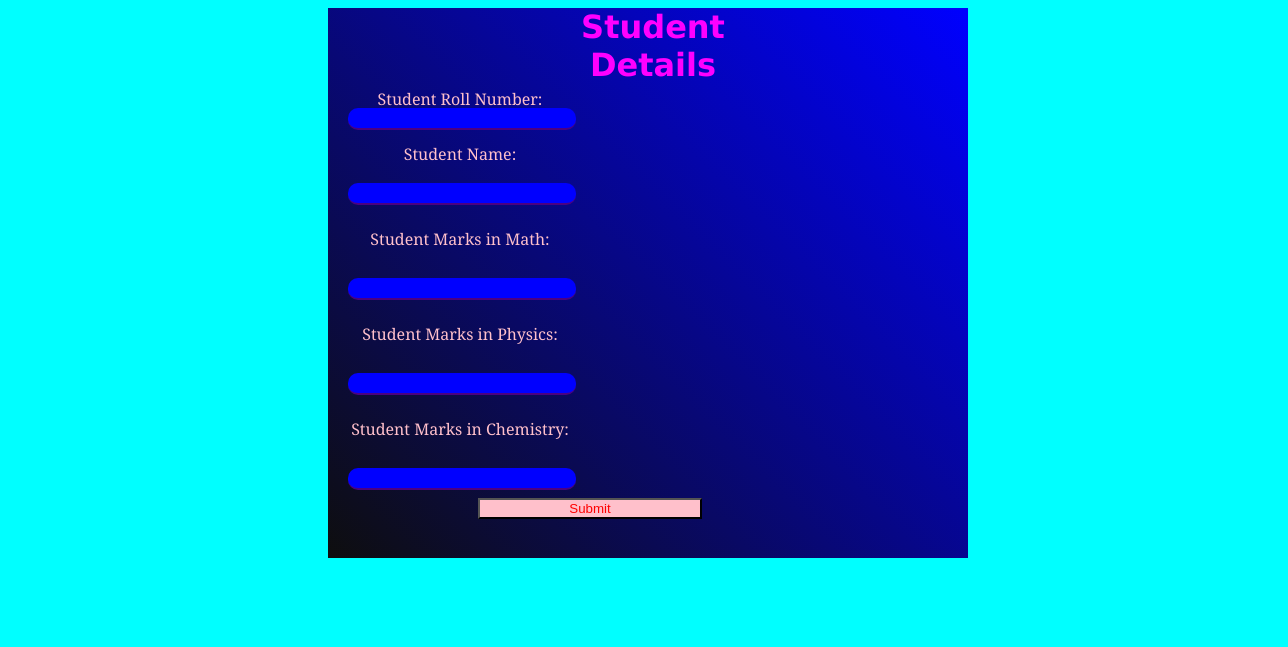
Repository: prm2711/javaapps
Page: eclipse-workspace/FirstProject/WebContent/index.html
These files come from the project's save history. The page is drawn as it stood at one moment and after a run of saves; the edit follows.
The browser window is 1280 px wide. The page is 1288 px wide, so the pictures cover 1288 px, including what lies to the right of the window. The pictures show the whole page.

Above is the page before, as saved 2018-01-19 11:13:05.

### eclipse-workspace/FirstProject/WebContent/index.html
<!DOCTYPE html>
<html>
<head>
<meta charset="ISO-8859-1">
<title>Student form</title>
<link rel="stylesheet" type="text/css" href="css/format.css">
<meta name="viewport" content="width=device-width, initial-scale=1.0">
</head>
<body>
		<div class="top_container"></div>
		<div class="small_container1"></div>
		<div class="small_container2"></div>
		<div class="small_container3"></div>
		<div class="small_container4"></div>

		<div align="center" class="inner_container">
			<form method="post" action="InsertServlet"
				onsubmit="return validateForm()">

				<h1 class="heading">Student Details</h1>
				<p class="label1">Student Roll Number:</p>
				<br> <input class="text-box1" type="text" name="roll_no"
					id="roll_no"><br> <br>
				<p class="label2">Student Name:</p>
				<br> <input class="text-box2" type="text" name="student_name"
					id="student_name"><br> <br>
				<p class="label3">Student Marks in Math:</p>
				<br> <input class="text-box3" type="text" name="marks"
					id="marks"><br> <br>
				<p class="label4">Student Marks in Physics:</p>
				<br> <input class="text-box4" type="text" name="marksphy"
					id="marksphy"><br> <br>
				<p class="label5">Student Marks in Chemistry:</p>
				<br> <input class="text-box5" type="text" name="markschem"
					id="markschem"><br> <br>
					<input class="submitButton" type="submit" value="Submit">

			</form>
		</div>
		<div class="bottom_container"></div>

	<script src="js/insertdata.js"></script>
</body>
</html>

### eclipse-workspace/FirstProject/WebContent/css/format.css
body {
	background-color: cyan;
	width: 100%;
}

.inner_container {
	background-color: blue;
	background: linear-gradient(45deg, #0e0e0e, blue);
	position: relative;
	/*top: 50px;
	left: 350px;*/
	height: 550px;
	z-index: 2;
	margin: 0 auto;
	width: 50%;
}

.heading {
	color: magenta;
	font-family: Verdana, Geneva, sans-serif;
	padding-left: 10px;
}

form,.heading {
	width: 50%;
	margin: 0 auto;
}

.text-box1, .text-box2, .text-box3, .text-box4, .text-box5 {
	position: absolute;
	left: 20px;
	border: 0px;
	border-bottom: 2px indigo solid;
	border-radius: 10px;
	background: blue;
	color: white;
	font-family: Georgia;
}

.text-box1 {
	top: 100px;
}

.label2, .label3, .label4, .label5,.label1 {
	position: absolute;
	left: 20px;
	color: pink;
	font-family: Georgia;
}

.label1 {
	top: 80px;
}

.label2 {
	top: 135px;
}

.text-box2 {
	top: 175px;
}

.label3 {
	top: 220px;
}

.text-box3 {
	top: 270px;
}

.label4 {
	top: 315px;
}

.text-box4 {
	top: 365px;
}

.label5 {
	top: 410px;
}

.text-box5 {
	top: 460px;
}

.submitButton {
	position: absolute;
	background-color: pink;
	color: red;
	width: 35%;
	left: 150px;
	top: 490px;
	margin: 0 auto;
}

.submitButton:hover {
	background-color: #4caf50;
	color: white;
}

input,p {
	width: 35%;
	margin: 0 auto;
}

@media screen and (max-width: 700px) {
	body {
	width: 100%;
	}

	.inner-container {
		width: 60%;
	}

	form,.heading {
	width: 70%;
	}

	input,p,.submitButton {
	width: 50%;
	}

}

@media screen and (max-width: 400px) {

	body {
	width: 100%;
	}
	.inner-container {
		width: 100%;
	}

	form,.heading {
	width: 50%;
	}

	,input,p,.submitButton {
	width: 30%;
	}
}

### eclipse-workspace/FirstProject/WebContent/js/insertdata.js
/**
 *
 */
function validateForm() {
	var rollno = document.getElementById("roll_no").value;
	var student_name = document.getElementById("student_name").value;
	var marks = document.getElementById("marks").value;
	var marksphy = document.getElementById("marksphy").value;
	var markschem = document.getElementById("markschem").value;

	if (isNaN(rollno) == true || isNaN(marks) == true
			|| isNaN(marksphy) == true || isNaN(markschem) == true || rollno.length==0 || student_name.length==0 || marks.length==0 || marksphy.length==0 || markschem.length==0) {
		alert("Enter valid details");
		return false;
	}

	else {

		return true;
	}
}

After the next 2 saves:
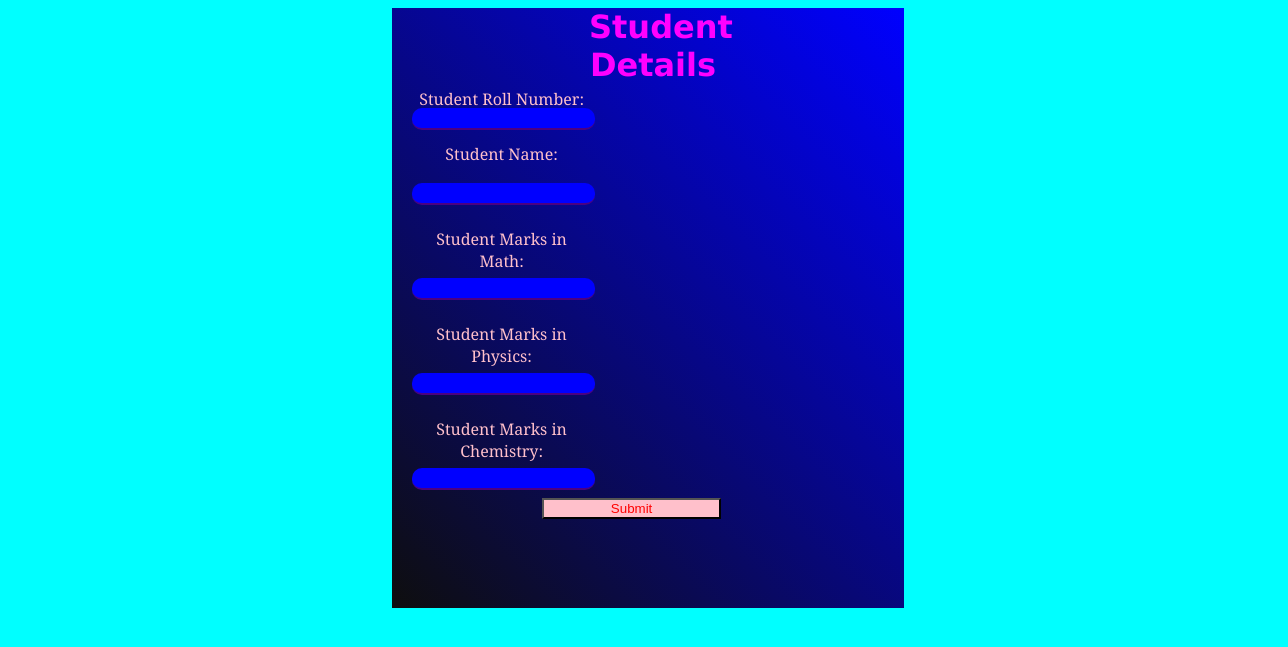
The 2 saves are shown as one change because they came seconds apart.
The last was saved 78 s later.
--- a/eclipse-workspace/FirstProject/WebContent/css/format.css
+++ b/eclipse-workspace/FirstProject/WebContent/css/format.css
@@ -9,10 +9,10 @@ body {
 	position: relative;
 	/*top: 50px;
 	left: 350px;*/
-	height: 550px;
 	z-index: 2;
 	margin: 0 auto;
-	width: 50%;
+	width: 40%;
+	height: 600px;
 }
 
 .heading {
